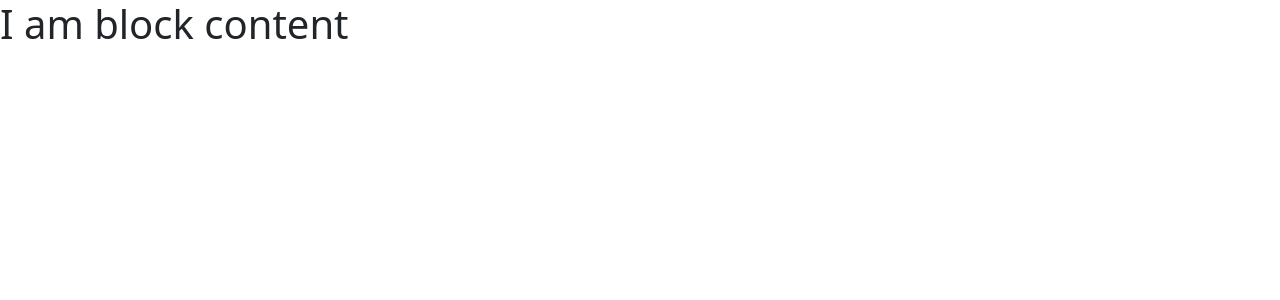
Repository: starFaby/systemSegurityRestaurant
Page: http://localhost/
An editor plug-in stored every save of this project. The page is shown before and after the next save, followed by the edit.
The browser window is 1280 px wide. The pictures show the whole page.
The page is served by the project's application, run on Flask 3 (project/__init__.py). Other server files are loaded and not shown.

Above is the page before, as saved 2021-03-08 19:04:15.

### project/templates/frontend/pages/home/home.html
{% extends 'frontend/master/master.html'%}
{% block content %}
<h1>I am block content</h1>
{% endblock content %}

### project/templates/frontend/master/master.html
{% include 'frontend/layouts/header.html' %}
{% block content %} {% endblock %}
{% include 'frontend/layouts/footer.html' %}

### project/templates/frontend/layouts/header.html
<!DOCTYPE html>
<html lang="en">
<head>
    <meta charset="UTF-8">
    <meta http-equiv="X-UA-Compatible" content="IE=edge">
    <meta name="viewport" content="width=device-width, initial-scale=1.0">
    <title>Document</title>
    <link rel="stylesheet" href="{{url_for('static', filename='bootstrap/dist/css/bootstrap.min.css')}}">
</head>
<body>

</body>
</html>

### project/templates/frontend/layouts/footer.html
<!DOCTYPE html>
<html lang="en">
<head>
    <meta charset="UTF-8">
    <meta http-equiv="X-UA-Compatible" content="IE=edge">
    <meta name="viewport" content="width=device-width, initial-scale=1.0">
    <title>Document</title>
</head>
<body>
    <script src="{{url_for('static', filename='jquery/dist/jquery.min.js')}}"></script>
    <script src="{{url_for('static', filename='bootstrap/dist/js/bootstrap.min.js')}}"></script>
</body>
</html>

### project/controllers/aplicationController.py
from flask import render_template
class AplicationController():
    def __init__(self):
        pass

    def index(self):
        return render_template('frontend/pages/home/home.html')

    def about(self):
        return render_template('frontend/pages/about/about.html')

appController = AplicationController()

### project/router/route.py
from project import app
from project.controllers.aplicationController import appController

@app.route('/')
@app.route('/home')
def index():
    return appController.index()

@app.route('/about')
def about():
    return appController.about()

### project/__init__.py
from os.path import dirname, basename, isfile, join
from flask import Flask
import glob

project_module = glob.glob(join(dirname(__file__), '*.py'))
__all__ = [basename(f)[:-3] for f in project_module if isfile(f)
           and not f.endswith('__init__.py')]

app = Flask(__name__)

from project.router import route

### project/templates/frontend/layouts/navbar.html
<nav class="navbar navbar-expand-lg navbar-light bg-light">
    <div class="container-fluid">
        <a class="navbar-brand" href="#">Navbar</a>
        <button class="navbar-toggler" type="button" data-bs-toggle="collapse" data-bs-target="#navbarSupportedContent"
            aria-controls="navbarSupportedContent" aria-expanded="false" aria-label="Toggle navigation">
            <span class="navbar-toggler-icon"></span>
        </button>
        <div class="collapse navbar-collapse" id="navbarSupportedContent">
            <ul class="navbar-nav me-auto mb-2 mb-lg-0">
                <li class="nav-item">
                    <a class="nav-link active" aria-current="page" href="#">Home</a>
                </li>
                <li class="nav-item">
                    <a class="nav-link" href="#">Link</a>
                </li>
                <li class="nav-item dropdown">
                    <a class="nav-link dropdown-toggle" href="#" id="navbarDropdown" role="button"
                        data-bs-toggle="dropdown" aria-expanded="false">
                        Dropdown
                    </a>
                    <ul class="dropdown-menu" aria-labelledby="navbarDropdown">
                        <li><a class="dropdown-item" href="#">Action</a></li>
                        <li><a class="dropdown-item" href="#">Another action</a></li>
                        <li>
                            <hr class="dropdown-divider">
                        </li>
                        <li><a class="dropdown-item" href="#">Something else here</a></li>
                    </ul>
                </li>
                <li class="nav-item">
                    <a class="nav-link disabled" href="#" tabindex="-1" aria-disabled="true">Disabled</a>
                </li>
            </ul>
            <form class="d-flex">
                <input class="form-control me-2" type="search" placeholder="Search" aria-label="Search">
                <button class="btn btn-outline-success" type="submit">Search</button>
            </form>
        </div>
    </div>
</nav>

Loaded but not shown: project/static/bootstrap/dist/css/bootstrap.min.css (library); project/static/jquery/dist/jquery.min.js (library); project/static/bootstrap/dist/js/bootstrap.min.js (library)

After the next save:
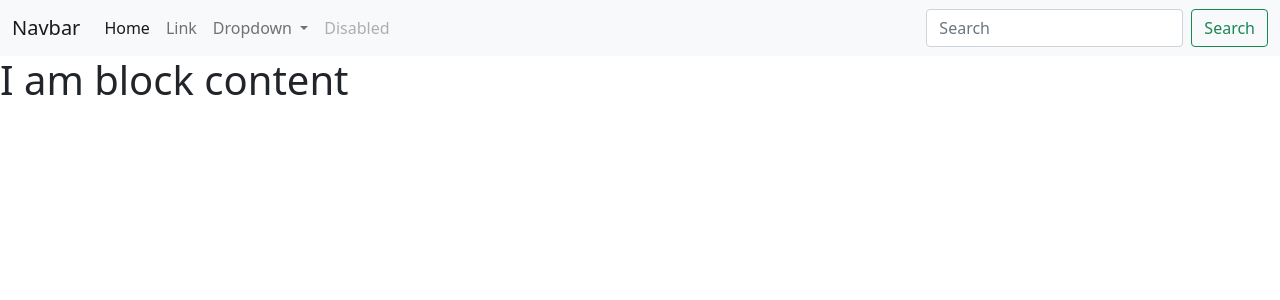
Saved 24 s later.
--- a/project/templates/frontend/master/master.html
+++ b/project/templates/frontend/master/master.html
@@ -1,3 +1,4 @@
 {% include 'frontend/layouts/header.html' %}
+{% include 'frontend/layouts/navbar.html' %}
 {% block content %} {% endblock %}
 {% include 'frontend/layouts/footer.html' %}
